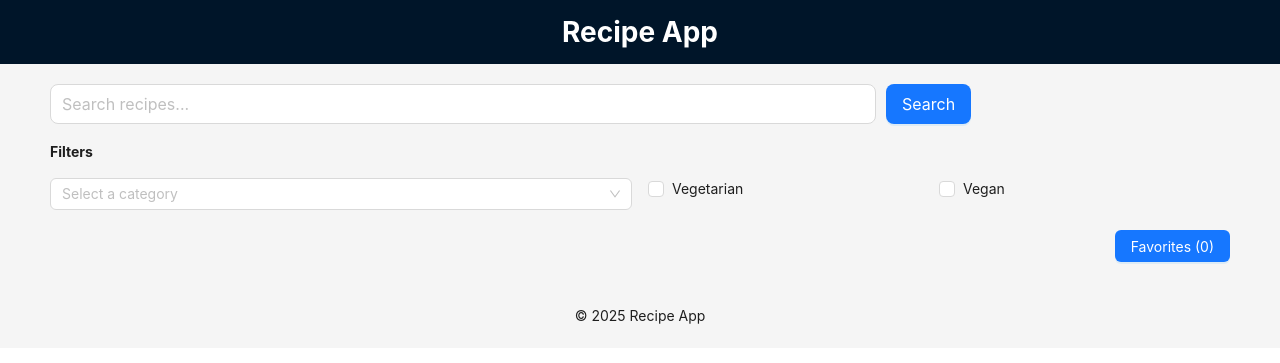
Repository: LearnTek-In-Private-Limited/recipie-era-premier
Page: /
These files come from the project's save history. The page is drawn as it stood at one moment and after the next save; the edit follows.
The browser window is 1280 px wide. The pictures show the whole page.
The page's requests for data from a server got no answer. The project was rebuilt for these pictures with package versions that can differ from the ones it lists, and the page was loaded fresh each time. No one was signed in, and anything a server would have sent is missing.

Above is the page before, as saved 2025-01-25 19:54:07.

After the next save:
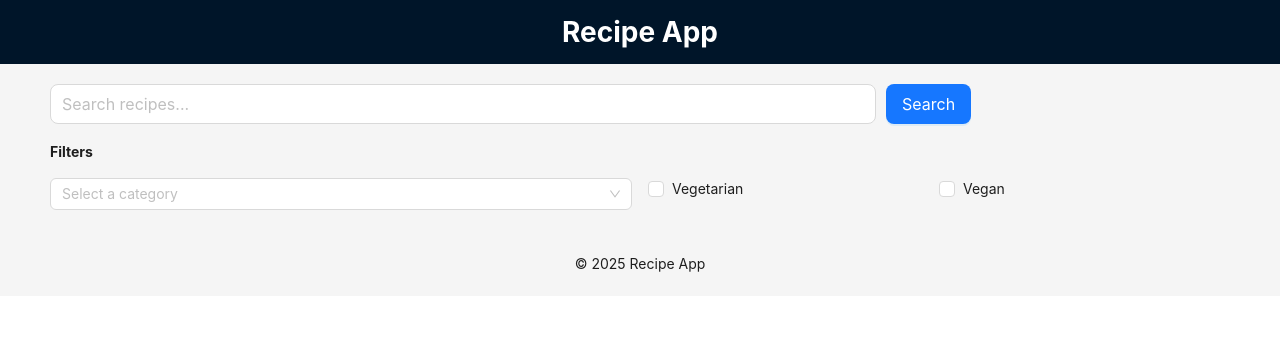
Saved 4 s later.
--- a/src/App.js
+++ b/src/App.js
@@ -23,7 +23,7 @@
               <SearchBar />
               <FilterOptions />
                   {/* Favorites Button */}
-          < FavoritesButton />
+
             </Col>
           </Row>
 

After the 4 saves that followed:
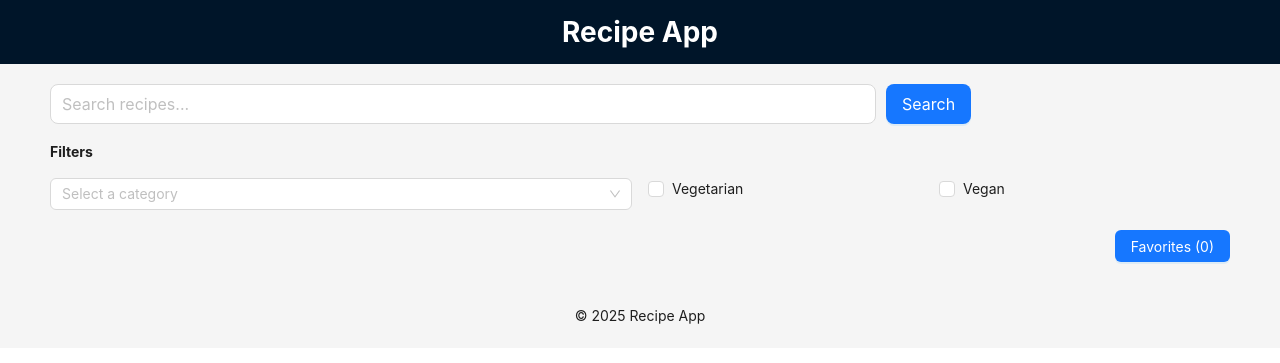
The 4 saves are shown as one change because they came seconds apart.
The last was saved 10 s later.
--- a/src/App.js
+++ b/src/App.js
@@ -23,7 +23,7 @@
               <SearchBar />
               <FilterOptions />
                   {/* Favorites Button */}
-
+                  <div>      < FavoritesButton /></div>
             </Col>
           </Row>
 
